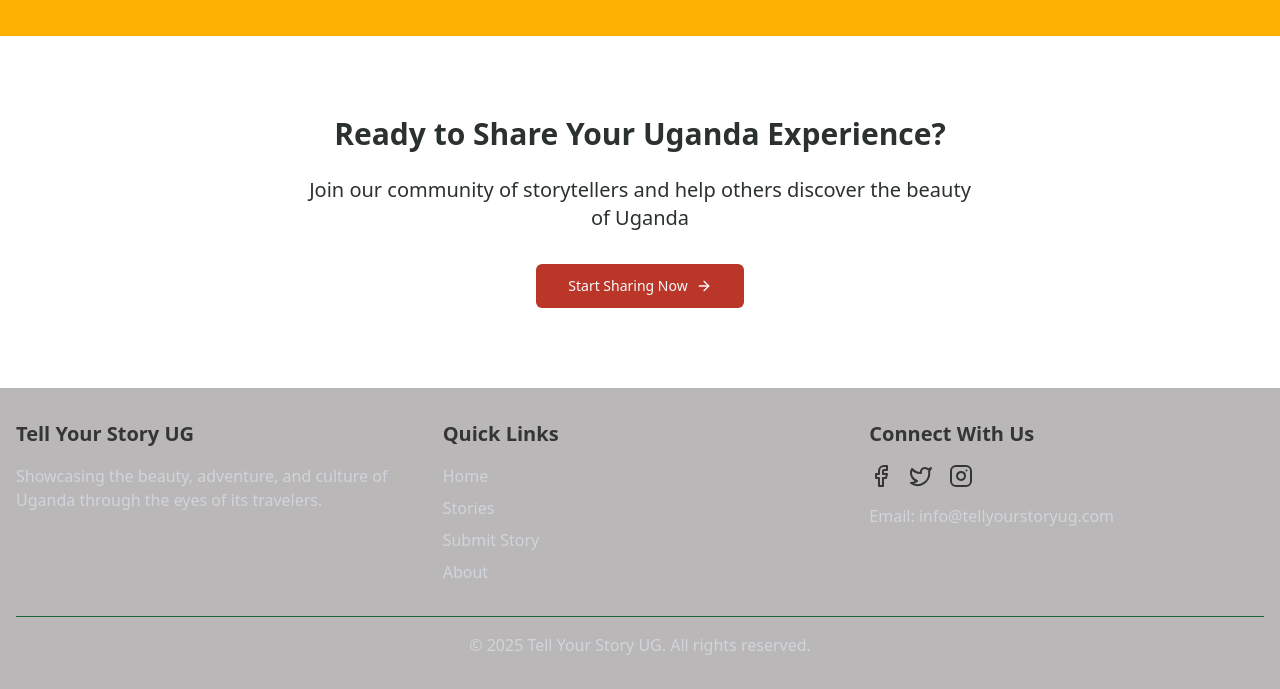
Repository: kaizoku010/take.part
Page: /
An editor plug-in stored every save of this project. The page is shown before and after a run of saves, followed by the edit.
The browser window is 1280 px wide. The pictures show the part of the page from y = 2227 to 2964 px (the page is 2916 px tall before and 2964 px after).
The project was rebuilt for these pictures with package versions that can differ from the ones it lists, and the page was loaded fresh each time. Also part of the build but not shown: vite.config.ts, src/components/ui/tooltip.tsx, src/pages/About.tsx, src/components/ui/input.tsx, src/pages/Stories.tsx, src/pages/StoryDetail.tsx, src/components/ui/use-toast.ts, src/components/ui/label.tsx and 3 more.

Above is the page before, as saved 2025-04-14 14:38:28.

After the next 2 saves:
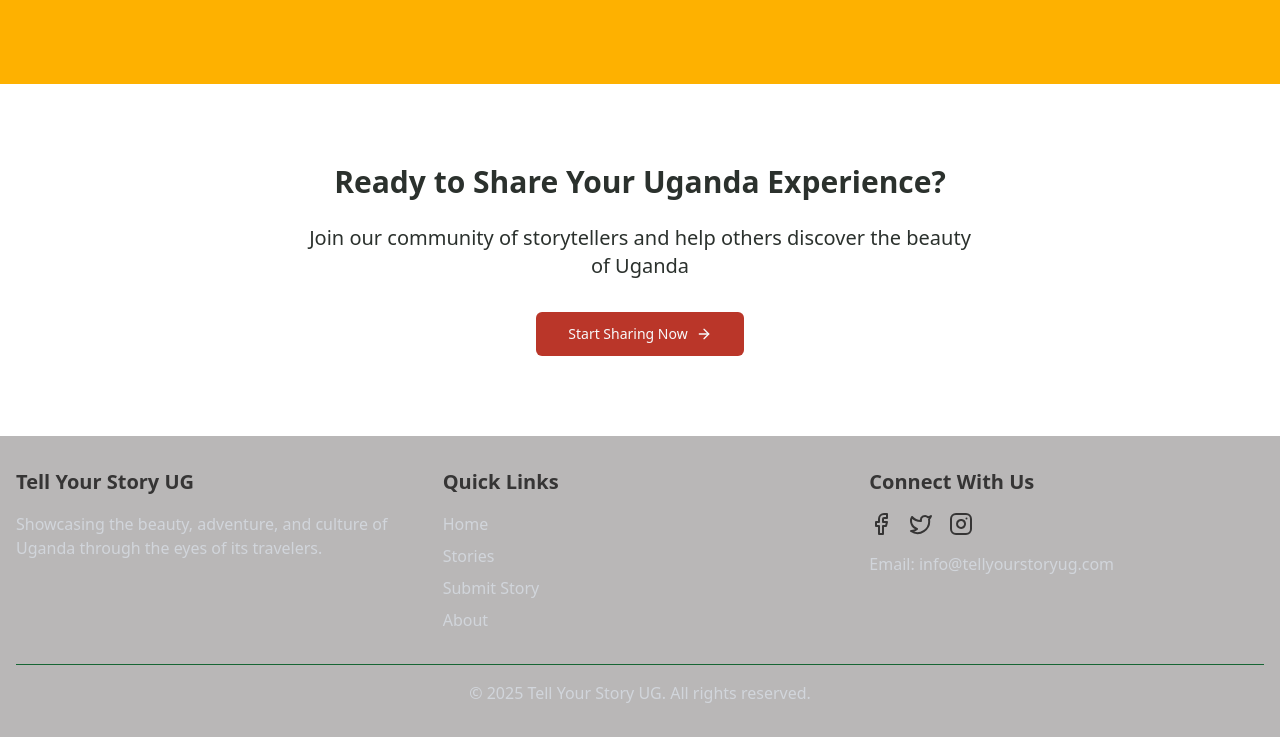
The 2 saves are shown as one change because they came seconds apart.
The last was saved 23 s later.
--- a/src/mdx.css
+++ b/src/mdx.css
@@ -34,6 +34,6 @@ background-color: rgb(185, 183, 183) !important;
 
 #carousel-section{
     padding-top: 2rem;
-    padding-bottom: 2rem;
+    padding-bottom: 5rem;
     background-color: #feb100 !important;
 }
